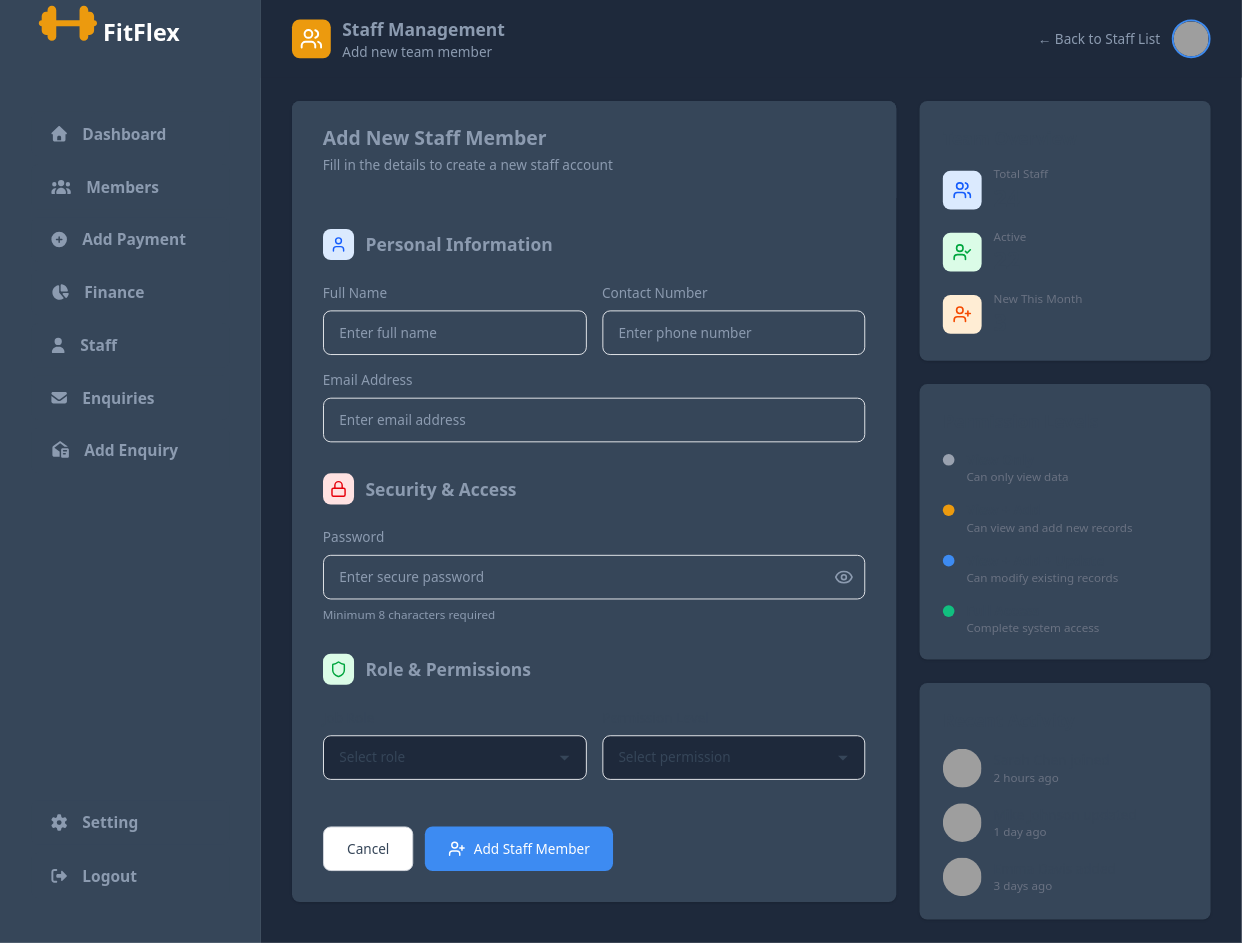
Repository: MuhammadTalhaTaj/gym_management_app_backend
Page: /addstaff (app in frontend/)
These files come from the project's save history. The page is drawn as it stood at one moment and after a run of saves; the edit follows.
The browser window is 1280 px wide. The pictures show the whole page, at 97% of full size.
Pictures or frames that could not be fetched are drawn as grey boxes. The project was rebuilt for these pictures with package versions that can differ from the ones it lists, and the page was loaded fresh each time. Also part of the build but not shown: frontend/vite.config.ts, frontend/src/assets/styles/AdminHeader.css, frontend/src/Components/AdminHeader.tsx, frontend/src/assets/styles/AdminDashboard.css, frontend/src/hooks/useDashboardData.ts, frontend/src/assets/styles/AdminDashboardStats.css, frontend/src/Components/AdminDashboardStats.tsx, frontend/src/Components/IncomeExpenseChart.tsx and 31 more.

Above is the page before, as saved 2025-11-21 10:45:49.

### frontend/index.html
<!doctype html>
<html lang="en">

<head>
  <meta charset="UTF-8" />
  <link rel="icon" type="image/svg+xml" href="/vite.svg" />
  <meta name="viewport" content="width=device-width, initial-scale=1.0" />
  <title>GymManagement</title>
  <link rel="preconnect" href="https://fonts.googleapis.com" />
  <link rel="preconnect" href="https://fonts.gstatic.com" crossorigin />
  <link rel="stylesheet" href="https://fonts.googleapis.com/css2?family=Roboto:wght@300;400;500;700&display=swap" />

</head>

<body>
  <div id="root"></div>
  <script type="module" src="/src/main.tsx"></script>
</body>

</html>

### frontend/src/index.css
@import "tailwindcss";
:root{
  padding: 0;
  margin: 0;
  box-sizing: border-box;
  --primary-100:#364659;
  --primary-200:#1E293B;
  --primary-300:#8C9BB0;
  --secondary-100: #EC9A0E;
  --secondary-200:#595446;
  --tertiary-100: #F24949;
  --tertiary-100-30: #584252;
  --tertiary-200: #F47117;
  --tertiary-200-30: #5A4B48;
  --tertiary-300: #11BF7F;
  --tertiary-300-30: #2B595E;
  --tertiary-400: #3D8BF2;
  --tertiary-400-30: #344E75;
  --tertiary-500: #94A3B8;
  --tertiary-600: #1E293B;
}
body{
  padding: 0;
  margin: 0;
}
.adminMain{
  display: flex;
  margin: 0;
  justify-content: space-between;
  padding: 0;
  /* border: 2px solid blue; */
}
@media all and (max-width:700px) {
  .adminMain{
    flex-direction: column;
  }
}

### frontend/src/Components/ProtectedRoute.tsx
import React, { useEffect, useState } from "react";
// import { Navigate } from "react-router-dom";
import { apiRequest } from "../config/api";

type Props = {
  children: React.ReactNode;
};

const getStoredToken = (): string | null => {
  return localStorage.getItem("accessToken") || sessionStorage.getItem("accessToken");
};

export default function ProtectedRoute({ children }: Props) {
  const [status, setStatus] = useState<"pending" | "ok" | "unauth">("pending");

  useEffect(() => {
    let mounted = true;

    const token = getStoredToken();
    if (!token) {
      // no token -> immediately unauth
      if (mounted) setStatus("unauth");
      return;
    }

    const validate = async () => {
      try {
        // call backend authenticate endpoint
        const res = await apiRequest<{ success?: boolean; message?: string; userId?: string }>({
          method: "GET",
          endpoint: "/auth/authenticate"
        });

        // backend returns success:true on valid token
        if (mounted && res && (res as any).success === true) {
          setStatus("ok");
        } else {
          // treat missing success flag as unauth
          if (mounted) setStatus("unauth");
        }
      } catch (err) {
        // any error -> unauth
        if (mounted) setStatus("unauth");
      }
    };

    validate();

    return () => { mounted = false; };
  }, []);

  if (status === "pending") {
    // while checking, render nothing (keep UI/layout unchanged)
    return null;
  }

  if (status === "unauth") {
    // clear tokens to ensure clean state, then redirect
    try {
      localStorage.removeItem("accessToken");
      sessionStorage.removeItem("accessToken");
    } catch (e) {
      // ignore
    }
    // return <Navigate to="/login" replace />;
  }

  // auth ok
  return <>{children}</>;
}

### frontend/src/context/AuthContext.tsx
// src/context/AuthContext.tsx (example)
import React, { createContext, useEffect } from "react";
import { onAuthFailure,
  // setAccessToken as storeAccessToken,
   clearTokens } from "../config/auth";
import { useNavigate } from "react-router-dom";

export const AuthContext = createContext<any>(null);

export const AuthProvider: React.FC<{children:any}> = ({ children }) => {
  const navigate = useNavigate();

  useEffect(() => {
    onAuthFailure(() => {
      // clear local tokens and redirect to login
      clearTokens();
      navigate("/login");
    });
  }, [navigate]);

  return <AuthContext.Provider value={{}}>{children}</AuthContext.Provider>;
};

### frontend/src/pages/Admin/AddStaff.tsx
import React, { useState } from 'react';
import { Eye, EyeOff, Users, UserCheck, UserPlus, Shield, User, Lock } from 'lucide-react';

// Data file - export this to a separate file in your project (e.g., staffData.js)
export const staffData = {
  teamOverview: {
    totalStaff: 24,
    activeStaff: 22,
    newThisMonth: 3
  },
  permissionLevels: [
    {
      id: 'view-only',
      name: 'View Only',
      description: 'Can only view data',
      color: 'bg-gray-400'
    },
    {
      id: 'view-add',
      name: 'View + Add',
      description: 'Can view and add new records',
      color: 'bg-[var(--secondary-100)]'
    },
    {
      id: 'view-add-update',
      name: 'View + Add + Update',
      description: 'Can modify existing records',
      color: 'bg-[var(--tertiary-400)]'
    },
    {
      id: 'full-access',
      name: 'Full Access',
      description: 'Complete system access',
      color: 'bg-[var(--tertiary-300)]'
    }
  ],
  recentActivity: [
    {
      id: 1,
      name: 'Sarah Chen',
      action: 'joined',
      time: '2 hours ago',
      avatar: 'https://i.pravatar.cc/150?img=1'
    },
    {
      id: 2,
      name: 'Mike Johnson',
      action: 'updated',
      time: '1 day ago',
      avatar: 'https://i.pravatar.cc/150?img=2'
    },
    {
      id: 3,
      name: 'Emma Davis',
      action: 'added',
      time: '3 days ago',
      avatar: 'https://i.pravatar.cc/150?img=3'
    }
  ],
  jobRoles: [
    'Select role',
    'Administrator',
    'Manager',
    'Developer',
    'Designer',
    'Analyst',
    'Support Staff'
  ],
  permissions: [
    'Select permission',
    'View Only',
    'View + Add',
    'View + Add + Update',
    'Full Access'
  ]
};

// Reusable Components
const Card = ({ children, className = '' }) => (
  <div className={`bg-[var(--primary-100)] rounded-lg shadow-sm ${className}`}>
    {children}
  </div>
);

const Input = ({ label, placeholder, type = 'text', value, onChange, showPasswordToggle, onTogglePassword, showPassword, helperText }) => (
  <div className="flex flex-col gap-2 ">
    {label && (
      <label className="text-sm font-medium text-[var(--primary-300)]">
        {label}
      </label>
    )}
    <div className="relative">
      <input
        type={type}
        placeholder={placeholder}
        value={value}
        onChange={onChange}
        className="w-full px-4 py-3 bg-[var(--primary-100)] border border-gray-200 rounded-lg text-sm text-[var(--primary-300)] placeholder-[var(--primary-300)] focus:outline-none focus:ring-2 focus:ring-[var(--tertiary-400)] focus:border-transparent transition-all"
      />
      {showPasswordToggle && (
        <button
          type="button"
          onClick={onTogglePassword}
          className="absolute right-3 top-1/2 -translate-y-1/2 text-[var(--primary-300)] hover:text-[var(--primary-100)] transition-colors"
        >
          {showPassword ? <EyeOff size={20} /> : <Eye size={20} />}
        </button>
      )}
    </div>
    {helperText && (
      <span className="text-xs text-[var(--primary-300)]">{helperText}</span>
    )}
  </div>
);

const Select = ({ label, options, value, onChange }) => (
  <div className="flex flex-col gap-2">
    {label && (
      <label className="text-sm font-medium text-[var(--primary-100)]">
        {label}
      </label>
    )}
    <select
      value={value}
      onChange={onChange}
      className="w-full px-4 py-3 bg-[var(--primary-200)] border border-gray-200 rounded-lg text-sm text-[var(--primary-100)] focus:outline-none focus:ring-2 focus:ring-[var(--tertiary-400)] focus:border-transparent transition-all appearance-none cursor-pointer"
      style={{
        backgroundImage: `url("data:[embedded picture, 161 characters]")`,
        backgroundRepeat: 'no-repeat',
        backgroundPosition: 'right 1rem center'
      }}
    >
      {options.map((option, index) => (
        <option key={index} value={option}>
          {option}
        </option>
      ))}
    </select>
  </div>
);

const Button = ({ children, variant = 'primary', onClick, icon: Icon }) => {
  const variants = {
    primary: 'bg-[var(--tertiary-400)] hover:bg-[var(--tertiary-400)]/90 text-white',
    secondary: 'bg-white hover:bg-gray-50 text-[var(--primary-100)] border border-gray-300'
  };

  return (
    <button
      onClick={onClick}
      className={`px-6 py-3 rounded-lg font-medium text-sm transition-all flex items-center justify-center gap-2 ${variants[variant]}`}
    >
      {Icon && <Icon size={18} />}
      {children}
    </button>
  );
};

const StatsCard = ({ icon: Icon, label, value, iconBg, iconColor }) => (
  <div className="flex items-center gap-3">
    <div className={`w-10 h-10 rounded-lg ${iconBg} flex items-center justify-center`}>
      <Icon size={20} className={iconColor} />
    </div>
    <div>
      <p className="text-xs text-gray-500">{label}</p>
      <p className="text-2xl font-bold text-[var(--primary-100)]">{value}</p>
    </div>
  </div>
);

const ActivityItem = ({ activity }) => (
  <div className="flex items-center gap-3">
    <img
      src={activity.avatar}
      alt={activity.name}
      className="w-10 h-10 rounded-full object-cover"
    />
    <div className="flex-1">
      <p className="text-sm font-medium text-[var(--primary-100)]">
        {activity.name} {activity.action}
      </p>
      <p className="text-xs text-gray-500">{activity.time}</p>
    </div>
  </div>
);

const PermissionItem = ({ permission }) => (
  <div className="flex items-start gap-3">
    <div className={`w-3 h-3 rounded-full ${permission.color} mt-1`}></div>
    <div className="flex-1">
      <p className="text-sm font-semibold text-[var(--primary-100)]">{permission.name}</p>
      <p className="text-xs text-gray-500">{permission.description}</p>
    </div>
  </div>
);

const SectionHeader = ({ icon: Icon, title, iconBg, iconColor }) => (
  <div className="flex items-center gap-3 mb-6">
    <div className={`w-8 h-8 rounded-lg ${iconBg} flex items-center justify-center`}>
      <Icon size={18} className={iconColor} />
    </div>
    <h3 className="text-lg font-semibold text-[var(--primary-300)]">{title}</h3>
  </div>
);

// Main Component
const AddStaff = () => {
  const [formData, setFormData] = useState({
    fullName: '',
    contactNumber: '',
    email: '',
    password: '',
    jobRole: staffData.jobRoles[0],
    permission: staffData.permissions[0]
  });

  const [showPassword, setShowPassword] = useState(false);

  const handleInputChange = (field) => (e) => {
    setFormData(prev => ({ ...prev, [field]: e.target.value }));
  };

  const handleSubmit = () => {
    console.log('Form submitted:', formData);
    // Add your form submission logic here
  };

  const handleCancel = () => {
    setFormData({
      fullName: '',
      contactNumber: '',
      email: '',
      password: '',
      jobRole: staffData.jobRoles[0],
      permission: staffData.permissions[0]
    });
  };

  return (
    <div className="min-h-screen w-full bg-[var(--primary-200)]">
      {/* Header */}
      <header className="bg-[var(--primary-200)] text-white px-4 sm:px-6 lg:px-8 py-4">
        <div className="max-w-7xl mx-auto flex items-center justify-between">
          <div className="flex items-center gap-3">
            <div className="w-10 h-10 bg-[var(--secondary-100)] rounded-lg flex items-center justify-center">
              <Users size={24} />
            </div>
            <div>
              <h1 className="text-lg font-semibold text-[var(--primary-300)]">Staff Management</h1>
              <p className="text-sm text-[var(--primary-300)]">Add new team member</p>
            </div>
          </div>
          <div className="flex items-center gap-3">
            <button className="flex items-center text-[var(--primary-300)] gap-2 text-sm hover:text-gray-300 transition-colors">
              <span className="hidden sm:inline">← Back to Staff List</span>
              <span className="sm:hidden">← Back</span>
            </button>
            <img
              src="https://i.pravatar.cc/150?img=5"
              alt="User"
              className="w-10 h-10 rounded-full object-cover border-2 border-[var(--tertiary-400)]"
            />
          </div>
        </div>
      </header>

      {/* Main Content */}
      <main className="max-w-7xl mx-auto px-4 sm:px-6 lg:px-8 py-6">
        <div className="grid grid-cols-1 lg:grid-cols-3 gap-6">
          {/* Left Column - Form */}
          <div className="lg:col-span-2">
            <Card className="p-6 sm:p-8">
              {/* Form Header */}
              <div className="bg-[var(--primary-100)] text-[var(--primary-300)] -mx-6 sm:-mx-8 -mt-6 sm:-mt-8 px-6 sm:px-8 py-6 rounded-t-lg mb-8">
                <h2 className="text-xl font-bold mb-1">Add New Staff Member</h2>
                <p className="text-sm text-[var(--primary-300)]">Fill in the details to create a new staff account</p>
              </div>

              <div className="space-y-8">
                {/* Personal Information */}
                <div>
                  <SectionHeader
                    icon={User}
                    title="Personal Information"
                    iconBg="bg-blue-100"
                    iconColor="text-blue-600"
                  />
                  <div className="grid grid-cols-1 md:grid-cols-2 gap-4">
                    <Input
                      label="Full Name"
                      placeholder="Enter full name"
                      value={formData.fullName}
                      onChange={handleInputChange('fullName')}
                    />
                    <Input
                      label="Contact Number"
                      placeholder="Enter phone number"
                      type="tel"
                      value={formData.contactNumber}
                      onChange={handleInputChange('contactNumber')}
                    />
                  </div>
                  <div className="mt-4">
                    <Input
                      label="Email Address"
                      placeholder="Enter email address"
                      type="email"
                      value={formData.email}
                      onChange={handleInputChange('email')}
                    />
                  </div>
                </div>

                {/* Security & Access */}
                <div>
                  <SectionHeader
                    icon={Lock}
                    title="Security & Access"
                    iconBg="bg-red-100"
                    iconColor="text-red-600"
                  />
                  <Input
                    label="Password"
                    placeholder="Enter secure password"
                    type={showPassword ? 'text' : 'password'}
                    value={formData.password}
                    onChange={handleInputChange('password')}
                    showPasswordToggle
                    onTogglePassword={() => setShowPassword(!showPassword)}
                    showPassword={showPassword}
                    helperText="Minimum 8 characters required"
                  />
                </div>

                {/* Role & Permissions */}
                <div>
                  <SectionHeader
                    icon={Shield}
                    title="Role & Permissions"
                    iconBg="bg-green-100"
                    iconColor="text-green-600"
                  />
                  <div className="grid grid-cols-1 md:grid-cols-2 gap-4">
                    <Select
                      label="Job Role"
                      options={staffData.jobRoles}
                      value={formData.jobRole}
                      onChange={handleInputChange('jobRole')}
                    />
                    <Select
                      label="Permission Level"
                      options={staffData.permissions}
                      value={formData.permission}
                      onChange={handleInputChange('permission')}
                    />
                  </div>
                </div>

                {/* Action Buttons */}
                <div className="flex flex-col sm:flex-row gap-3 pt-4">
                  <Button variant="secondary" onClick={handleCancel}>
                    Cancel
                  </Button>
                  <Button variant="primary" onClick={handleSubmit} icon={UserPlus}>
                    Add Staff Member
                  </Button>
                </div>
              </div>
            </Card>
          </div>

          {/* Right Column - Sidebar */}
          <div className="space-y-6">
            {/* Team Overview */}
            <Card className="p-6">
              <h3 className="text-lg font-semibold text-[var(--primary-100)] mb-4">Team Overview</h3>
              <div className="space-y-4">
                <StatsCard
                  icon={Users}
                  label="Total Staff"
                  value={staffData.teamOverview.totalStaff}
                  iconBg="bg-blue-100"
                  iconColor="text-blue-600"
                />
                <StatsCard
                  icon={UserCheck}
                  label="Active"
                  value={staffData.teamOverview.activeStaff}
                  iconBg="bg-green-100"
                  iconColor="text-green-600"
                />
                <StatsCard
                  icon={UserPlus}
                  label="New This Month"
                  value={staffData.teamOverview.newThisMonth}
                  iconBg="bg-orange-100"
                  iconColor="text-orange-600"
                />
              </div>
            </Card>

            {/* Permission Levels */}
            <Card className="p-6">
              <h3 className="text-lg font-semibold text-[var(--primary-100)] mb-4">Permission Levels</h3>
              <div className="space-y-4">
                {staffData.permissionLevels.map(permission => (
                  <PermissionItem key={permission.id} permission={permission} />
                ))}
              </div>
            </Card>

            {/* Recent Activity */}
            <Card className="p-6">
              <h3 className="text-lg font-semibold text-[var(--primary-100)] mb-4">Recent Activity</h3>
              <div className="space-y-4">
                {staffData.recentActivity.map(activity => (
                  <ActivityItem key={activity.id} activity={activity} />
                ))}
              </div>
            </Card>
          </div>
        </div>
      </main>
    </div>
  );
};

export default AddStaff;

### frontend/src/config/auth.ts
// src/config/auth.ts
const ACCESS_TOKEN_KEY = "accessToken";

/**
 * Read access token (prefers localStorage, fallbacks to sessionStorage)
 */
export function readAccessToken(): string | null {
  return localStorage.getItem(ACCESS_TOKEN_KEY) || sessionStorage.getItem(ACCESS_TOKEN_KEY);
}

/**
 * Store access token.
 * If `persist` true -> save to localStorage, otherwise sessionStorage.
 */
export function setAccessToken(token: string | null, persist = true) {
  if (!token) {
    localStorage.removeItem(ACCESS_TOKEN_KEY);
    sessionStorage.removeItem(ACCESS_TOKEN_KEY);
    return;
  }
  if (persist) {
    localStorage.setItem(ACCESS_TOKEN_KEY, token);
    sessionStorage.removeItem(ACCESS_TOKEN_KEY);
  } else {
    sessionStorage.setItem(ACCESS_TOKEN_KEY, token);
    localStorage.removeItem(ACCESS_TOKEN_KEY);
  }
}

/**
 * Clear tokens
 */
export function clearTokens() {
  localStorage.removeItem(ACCESS_TOKEN_KEY);
  sessionStorage.removeItem(ACCESS_TOKEN_KEY);
}

/**
 * Call refresh endpoint to obtain a fresh access token.
 * Note: This request includes credentials because your backend may store refresh token in an httpOnly cookie.
 */
let AUTH_BASE_URL = (import.meta.env.VITE_API_URL || "http://localhost:4000").replace(/\/$/, "");

export async function refreshAccessToken(): Promise<string> {
  const url = `${AUTH_BASE_URL}/auth/refreshToken`;

  const res = await fetch(url, {
    method: "POST",
    // include cookies to allow the server to find httpOnly refresh cookie
    credentials: "include",
    headers: {
      "Content-Type": "application/json"
    },
    // no body needed because your server reads cookie/header
  });

  // If server returns non-JSON or non-ok, try to parse but handle gracefully
  let data: any = {};
  try {
    data = await res.json();
  } catch (e) {
    // ignore parse error
  }

  if (!res.ok) {
    // throw useful error with body message if present
    const message = data?.message || `Failed to refresh access token (status ${res.status})`;
    throw new Error(message);
  }

  if (!data?.accessToken) {
    throw new Error("Refresh succeeded but no accessToken returned");
  }

  // store returned token (persist behavior up to you; default persist)
  setAccessToken(data.accessToken, true);
  return data.accessToken;
}

/**
 * App-level callback when refresh fails (e.g., redirect to /login)
 */
let authFailureHandler: (() => void) | null = null;
export function onAuthFailure(handler: () => void) {
  authFailureHandler = handler;
}
export function callAuthFailureHandler() {
  if (typeof authFailureHandler === "function") authFailureHandler();
}

Loaded but not shown: frontend/src/main.tsx (common file); frontend/src/Components/AdminSidebar.tsx (181 lines, source omitted); frontend/src/config/api.ts (123 lines, source omitted); frontend/src/App.tsx (71 lines, source omitted); frontend/src/assets/styles/AdminSidebar.css (138 lines, source omitted)

After the next 2 saves:
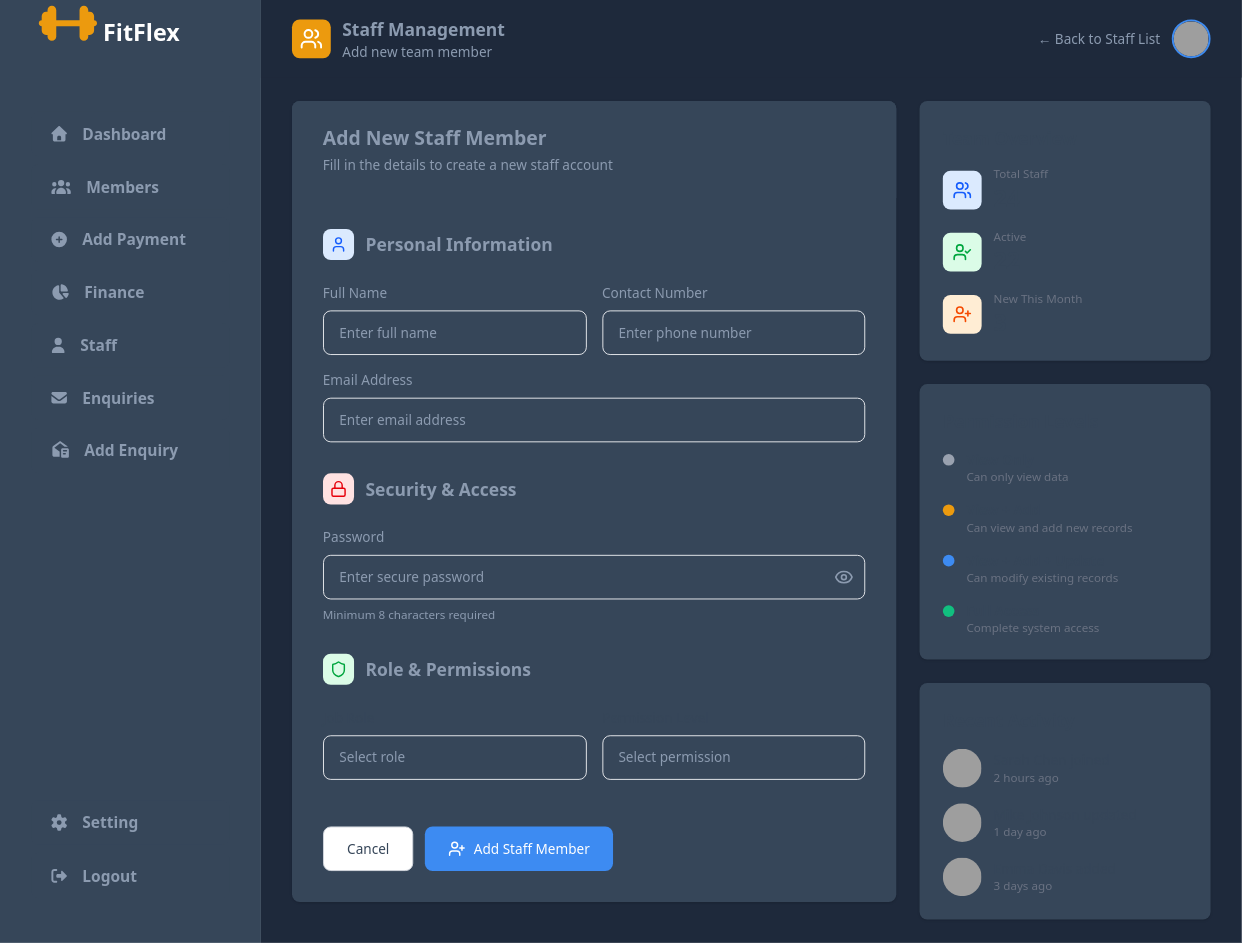
The 2 saves are shown as one change because they came seconds apart.
The last was saved 11 s later.
--- a/frontend/src/pages/Admin/AddStaff.tsx
+++ b/frontend/src/pages/Admin/AddStaff.tsx
@@ -123,7 +123,7 @@ const Select = ({ label, options, value, onChange }) => (
     <select
       value={value}
       onChange={onChange}
-      className="w-full px-4 py-3 bg-[var(--primary-200)] border border-gray-200 rounded-lg text-sm text-[var(--primary-100)] focus:outline-none focus:ring-2 focus:ring-[var(--tertiary-400)] focus:border-transparent transition-all appearance-none cursor-pointer"
+      className="w-full px-4 py-3 bg-[var(--primary-100)] border border-gray-200 rounded-lg text-sm text-[var(--primary-300)] focus:outline-none focus:ring-2 focus:ring-[var(--tertiary-400)] focus:border-transparent transition-all appearance-none cursor-pointer"
       style={{
         backgroundImage: `url("data:[embedded picture, 161 characters]")`,
         backgroundRepeat: 'no-repeat',
